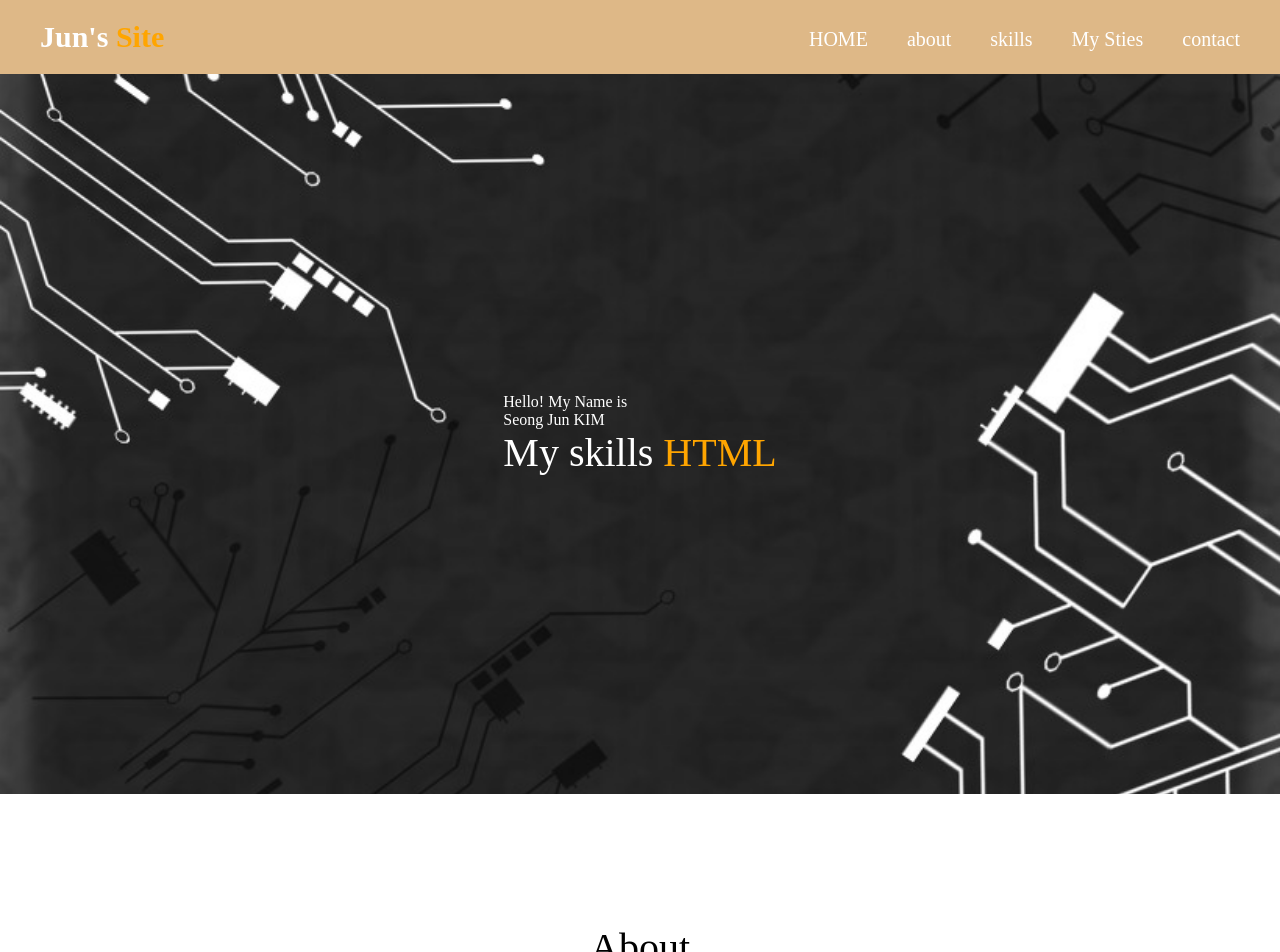
Repository: jun01270/jun
Page: index.html
The author's editor kept a copy of each file at every save. The page is drawn from the files as they stood at one save, then again after the next save.
The browser window is 1280 px wide. The pictures show the part of the page from y = 0 to 952 px (the page is 2881 px tall).
A picture or video elsewhere on the page could not be fetched, so the positions and the page height are approximate. Some web libraries are served in a nearby version.

Above is the page before, as saved 2023-05-10 12:52:31.

### index.html
<!DOCTYPE html>
<html lang="en">
  <head>
    <meta charset="UTF-8" />
    <meta http-equiv="X-UA-Compatible" content="IE=edge" />
    <meta name="viewport" content="width=device-width, initial-scale=1.0" />
    <link rel="stylesheet" href="./css/style.css" />
    <link rel="stylesheet" href="./css/home.css" />
    <link rel="stylesheet" href="./css/about.css" />
    <link rel="stylesheet" href="./css/skills.css" />
    <link rel="stylesheet" href="./css/contact.css" />

    <script
      src="https://kit.fontawesome.com/252eac6dbf.js"
      crossorigin="anonymous"
    ></script>
    <title>Jun's site</title>
  </head>
  <body>
    <nav class="navbar">
      <div class="max-width">
        <div class="logo">
          <a href="#home">Jun's <span>Site</span></a>
        </div>
        <ul class="menu-bar">
          <li><a href="#home" class="menu-btn" id="homeID">HOME</a></li>
          <li><a href="#about" class="menu-btn" id="homeID">about</a></li>
          <li><a href="#skills" class="menu-btn">skills</a></li>
          <li><a href="#my-sites" class="menu-btn">My Sties</a></li>
          <li><a href="#contact" class="menu-btn">contact</a></li>
        </ul>
      </div>
    </nav>

    <!--home섹션-->
    <section class="home" id="home">
      <div class="max-width">
        <div class="home-section">
          <div class="text-1">Hello! My Name is</div>
          <div class="text-2">Seong Jun KIM</div>
          <div class="text-3">My skills <span class="typing1">HTML</span></div>
        </div>
      </div>
    </section>

    <!--about섹션-->
    <section class="about" id="about">
      <div class="max-width">
        <h2 class="title">About</h2>
        <div class="about-content">
          <div class="left-column"></div>
          <div class="right-column">
            <div class="about-text">I'm Seong Jun KIM</div>
            <div class="about-skills">
              My skills <span class="typing2">HTML</span>
            </div>
            <p>
              안녕하세요 프론트엔드 개발자를 꿈꾸는 주니어 개발자 김성준입니다.
            </p>
          </div>
        </div>
      </div>
    </section>

    <!--skills섹션-->
    <section class="skills">
      <div class="max-width">
        <h2 class="title">My Skills</h2>
        <div class="skills-content">
          <div class="left-column">
            <div class="skills-text">
              <div class="sub-title">My skills & Experience</div>
              <p>HTML, Css, js , react를 다루고 있습니다.</p>
            </div>
          </div>
          <div class="rigth-column">
            <div class="bars">
              <div class="bars-content">
                <span>HTML</span>
                <span>90%</span>
              </div>
              <div class="line-html"></div>
            </div>
            <div class="bars">
              <div class="bars-content">
                <span>Css</span>
                <span>80%</span>
              </div>
              <div class="line-css"></div>
            </div>
            <div class="bars">
              <div class="bars-content">
                <span>JS</span>
                <span>80%</span>
              </div>
              <div class="line-js"></div>
            </div>
            <div class="bars">
              <div class="bars-content">
                <span>React</span>
                <span>80%</span>
              </div>
              <div class="line-react"></div>
            </div>
          </div>
        </div>
      </div>
    </section>

    <!--My sties섹션-->
    <section class="my-sites">
      <div class="max-width">
        <h2 class="title">My Sites</h2>
        <div class="my-sites-content">
          <div class="left-column">
            <a href="https://web-jun.tistory.com/" target="_blank">
              <div class="site">
                <div class="site-images">
                  <img src="/img/blog.jpg" alt="" />
                  <div class="site-text">BLOG</div>
                  <p>개발하는 블로그입니다.</p>
                </div>
              </div>
            </a>
          </div>
          <div class="right-column">
            <a href="https://github.com/jun01270" target="_blank">
              <div class="site">
                <div class="site-images">
                  <img src="/img/github.jpg" alt="" />
                  <div class="site-text">BLOG</div>
                  <p>깃허브 사이트입니다.</p>
                </div>
              </div>
            </a>
          </div>
        </div>
      </div>
    </section>

    <!--Contact 섹션-->
    <section class="contact">
      <div class="max-width">
        <h2 class="title">Contact me</h2>
        <div class="contact-content">
          <div class="left-column">
            <div class="contact-text">My information</div>
            <p>
              동양미래대학교 컴퓨터소프트웨어공학과를 졸업하여 프론트엔드
              개발자가 되고싶은 주니어 개발자입니다.
            </p>
            <div class="icons-content">
              <i class="fas fa-user"></i>
              <div class="info">
                <div class="head">Name</div>
                <div class="tail">Seong Jun KIM</div>
              </div>
            </div>
            <div class="icons-content">
              <i class="fas fa-envelope"></i>
              <div class="info">
                <div class="head">E-mail</div>
                <div class="tail">kimsj012731@gmail.com</div>
              </div>
            </div>
            <div class="icons-content">
              <i class="fas fa-map-marked-alt"></i>
              <div class="info">
                <div class="head">Address</div>
                <div class="tail">경기도 광명시</div>
              </div>
            </div>
          </div>
          <div class="right-column">
            <div class="contact-text">Message Me!</div>
            <form action="#">
              <div class="fields">
                <div class="fields name">
                  <input type="text" placeholder="Name" />
                </div>
                <div class="fields Email">
                  <input type="email" placeholder="E-mail" />
                </div>
              </div>
              <div class="fields subject">
                <input type="text" placeholder="Subject" />
              </div>
              <div class="fields contact-area">
                <textarea
                  cols="30"
                  rows="10"
                  placeholder="Contact.. "
                  required
                ></textarea>
              </div>
              <div class="button">
                <button type="submit">Send Message</button>
              </div>
            </form>
          </div>
        </div>
      </div>
    </section>

    <!--Footer섹션-->
    <footer></footer>

    <!--JS섹션-->
  </body>
</html>

### css/style.css
@import url("https://fonts.googleapis.com/css2?family=Lora&display=swap");

* {
  margin: 0;
  padding: 0;
  box-sizing: border-box;
  text-decoration: none;
}

html {
  scroll-behavior: smooth;
}

.home .about .skills .my-sites .contact {
  padding-top: 86px;
}

.max-width {
  max-width: 1300px;
  padding: 0 20px;
  margin: auto;
}

.section {
  padding: 100px 0;
}

/* .about, .skills, .my-sites, .contact, .footer{
    //폰트삽입
} */

.title {
  position: relative;
  text-align: center;
  font-size: 40px;
  font-weight: 500;
  margin: 30px 0 100px 0;
  padding-bottom: 8px;
}

.title::before {
  content: "";
  position: absolute;
  bottom: -38px;
  left: 50%;
  width: 160px;
  height: 3px;
  background-color: gray;
  transform: translateX(-50%);
}

.title::after {
  content: "";
  position: absolute;
  bottom: -38px;
  left: 50%;
  font-size: 20px;
  color: rgb(255, 164, 45);
  padding: 5px;
  background-color: gray;
  transform: translateX(-50%);
}

.about .about-content,
.skills .skills-content,
.my-sites .my-sites-content,
.contact .contact-content {
  display: flex;
  align-items: center;
  flex-wrap: wrap;
  justify-content: space-between;
}

.navbar {
  position: relative;
  width: 100%;
  padding: 20px 0;
  z-index: 999;
  transition: all 0.3s ease;
  background-color: burlywood;
}

.navbar .max-width {
  display: flex;
  align-items: center;
  justify-content: space-between;
}

.navbar .logo {
  font-size: 30px;
  font-weight: 600;
  margin-left: 20px;
  color: black;
}

.navbar .logo a {
  color: white;
  text-decoration: none;
}

.navbar .logo a span {
  color: orange;
  transition: all 0.3s ease;
}

.navbar .menu-bar li {
  list-style: none;
  margin: 5px 20px 0 0;
  display: inline-block;
}

.navbar .menu-bar li a {
  display: block;
  text-decoration: none;
  font-size: 20px;
  font-weight: 500;
  margin-left: 15px;
  transition: all 0.3s ease;
}

.menu-bar li:hover {
  background-color: orange;
  border-radius: 3px;
}

.navbar.sticky {
  padding: 20px 0;
  background-color: black;
}

.navbar.sticky .logo a span {
  color: white;
}

.navbar.sticky .menu-bar li a:hover {
  color: white;
}

.navbar .menu-btn {
  color: white;
  font-size: 25px;
  display: none;
  cursor: pointer;
}

@media screen and (max-width: 700px) {
  .navbar {
    flex-direction: column;
    align-items: flex-start;
    margin: 0;
  }

  .menu-bar {
    flex-direction: column;
    align-items: center;
    width: 100%;
  }

  .menu-bar li {
    width: 100%;
    text-align: center;
  }
}

### css/home.css
.home {
  display: flex;
  height: 100vh;
  min-height: 500px;
  color: white;
  background: url("../img/back.jpg") no-repeat center;
  background-size: cover;
}

.home max-width {
  margin: auto 0 auto 40px;
}

.home .home-section .text1 {
  font-size: 30px;
}

.home .home-section .text2 {
  font-size: 75px;
  font-weight: 600;
}

.home .home-section .text-3 {
  font-size: 40px;
}

.home .home-section .text-3 span {
  color: orange;
  font-weight: 500;
}

### css/about.css
.about {
  padding: 100px 0;
  transition: all 0.3s ease;
}

.about .title::after {
  content: "Who I am";
  background-color: white;
}

.about .about-content {
  margin-bottom: 100px;
}

.about .about-content .left {
  width: 45%;
}

.about .about-content .left img {
  height: 400px;
  width: 400px;
  object-fit: cover;
  border-radius: 6px;
}

.about .about-content .right-column {
  width: 55%;
  margin-bottom: 50px;
}

.about .about-content .right-column .about-text,
.about .about-content .right-column .about-skills {
  font-size: 30px;
  font-weight: 600;
  margin-bottom: 10px;
}

.about .about-content .right-column .about-skills span {
  color: orange;
}

.about .about-content .right-column P {
  text-align: justify;
  font-size: 20px;
}

Loaded but not shown: css/skills.css (no stored copy; drawn as an empty file); css/contact.css (no stored copy; drawn as an empty file)

After the next save:
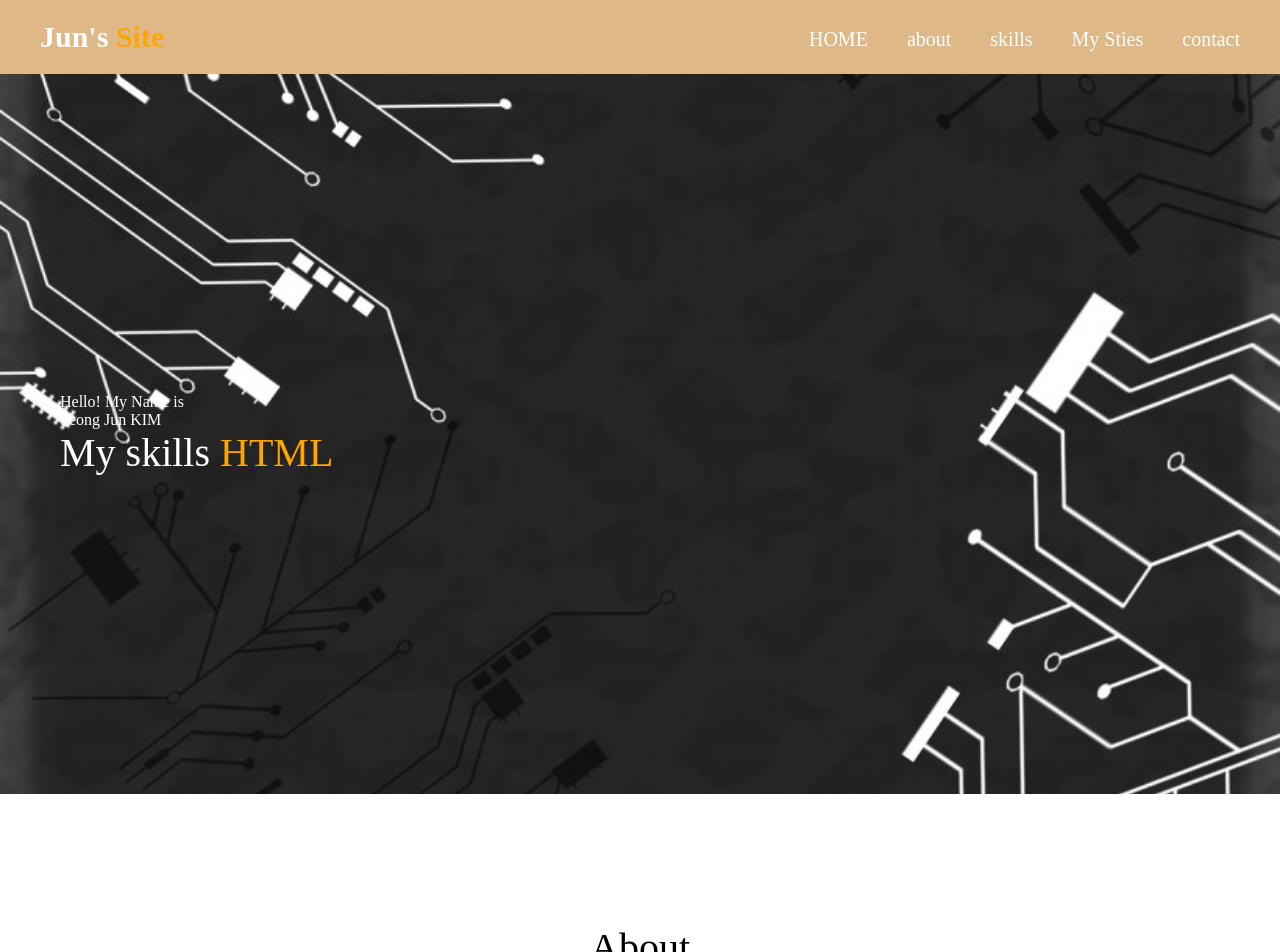
Saved 42 s later.
--- a/css/home.css
+++ b/css/home.css
@@ -7,7 +7,7 @@
   background-size: cover;
 }
 
-.home max-width {
+.home .max-width {
   margin: auto 0 auto 40px;
 }
 
